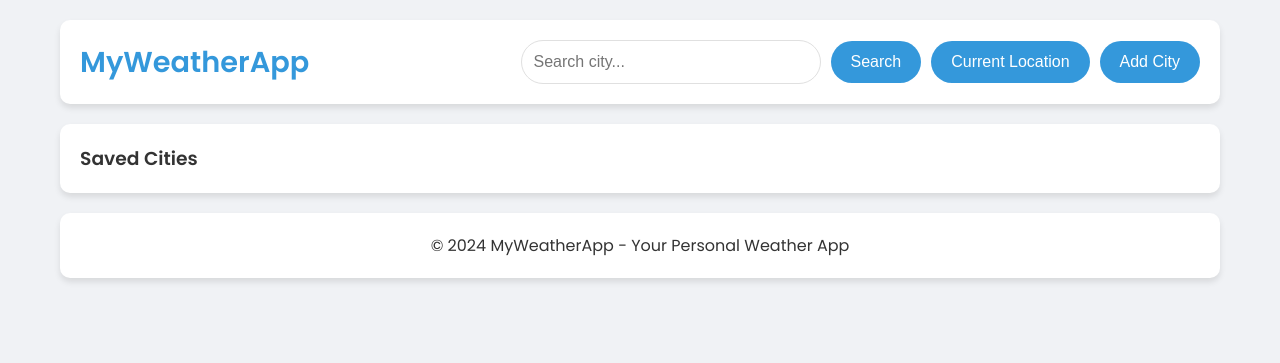
Repository: Rayyy-dev/My-weather-App
Page: /
The author's editor kept a copy of each file at every save. The page is drawn from the files as they stood at one save, then again after the next save.
The browser window is 1280 px wide. The pictures show the whole page.
The page's requests for data from a server got no answer. The project was rebuilt for these pictures with package versions that can differ from the ones it lists, and the page was loaded fresh each time. No one was signed in, and anything a server would have sent is missing.

Above is the page before, as saved 2024-10-16 02:53:57.

### public/index.html
<!DOCTYPE html>
<html lang="en">
  <head>
    <meta charset="utf-8" />
    <link rel="icon" href="%PUBLIC_URL%/favicon.ico" />
    <meta name="viewport" content="width=device-width, initial-scale=1" />
    <meta name="theme-color" content="#000000" />
    <meta
      name="description"
      content="Web site created using create-react-app"
    />
    <link href="https://fonts.googleapis.com/css2?family=Poppins:wght@300;400;500;600&display=swap" rel="stylesheet">

    <link rel="apple-touch-icon" href="%PUBLIC_URL%/logo192.png" />
    <!--
      manifest.json provides metadata used when your web app is installed on a
      user's mobile device or desktop. See https://developers.google.com/web/fundamentals/web-app-manifest/
    -->
    <link rel="manifest" href="%PUBLIC_URL%/manifest.json" />
    <!--
      Notice the use of %PUBLIC_URL% in the tags above.
      It will be replaced with the URL of the `public` folder during the build.
      Only files inside the `public` folder can be referenced from the HTML.

      Unlike "/favicon.ico" or "favicon.ico", "%PUBLIC_URL%/favicon.ico" will
      work correctly both with client-side routing and a non-root public URL.
      Learn how to configure a non-root public URL by running `npm run build`.
    -->
    <title>React App</title>
  </head>
  <body>
    <noscript>You need to enable JavaScript to run this app.</noscript>
    <div id="root"></div>
    <!--
      This HTML file is a template.
      If you open it directly in the browser, you will see an empty page.

      You can add webfonts, meta tags, or analytics to this file.
      The build step will place the bundled scripts into the <body> tag.

      To begin the development, run `npm start` or `yarn start`.
      To create a production bundle, use `npm run build` or `yarn build`.
    -->
  </body>
</html>

### src/App.js
import React, { useState, useEffect } from 'react';
import './App.css';

function App() {
  const [city, setCity] = useState(''); // City input from user
  const [suggestions, setSuggestions] = useState([]); // Store city suggestions
  const [weather, setWeather] = useState(null); // Current weather data
  const [forecast, setForecast] = useState([]); // 10-day forecast
  const [hourlyForecast, setHourlyForecast] = useState([]); // Hourly forecast
  const [loading, setLoading] = useState(false); // Loading state
  const [error, setError] = useState(''); // Error handling
  const [cities, setCities] = useState([]); // User-added cities

  const apiKey = "74072ad194774534b56234435241510"; // WeatherAPI key
  const defaultCity = 'New York'; // Default city if no geolocation

  useEffect(() => {
    const savedCities = JSON.parse(localStorage.getItem('savedCities')) || [];
    setCities(savedCities);

    const lastViewedCity = localStorage.getItem('lastViewedCity');
    if (lastViewedCity) {
      fetchWeather(lastViewedCity); // Show weather for last viewed city
    } else if (!savedCities.length) {
      detectLocation(); // Try detecting location or show default city
    } else {
      fetchWeather(savedCities[0]); // Show weather for the first saved city
    }
  }, []);

  // Fetch weather data for city
  const fetchWeather = async (location) => {
    setLoading(true);
    try {
      const weatherResponse = await fetch(
        `https://api.weatherapi.com/v1/current.json?key=${apiKey}&q=${location}&aqi=no`
      );
      const forecastResponse = await fetch(
        `https://api.weatherapi.com/v1/forecast.json?key=${apiKey}&q=${location}&days=10&hour=24`
      );

      const weatherData = await weatherResponse.json();
      const forecastData = await forecastResponse.json();

      setWeather(weatherData);
      setForecast(forecastData.forecast.forecastday);
      setHourlyForecast(forecastData.forecast.forecastday[0].hour);
      localStorage.setItem('lastViewedCity', location); // Save the last viewed city
    } catch (err) {
      setError("Failed to fetch weather data");
    } finally {
      setLoading(false);
    }
  };

  // Fetch city suggestions
  const fetchSuggestions = async (query) => {
    if (query.length < 2) {
      setSuggestions([]);
      return;
    }
    try {
      const response = await fetch(
        `https://api.weatherapi.com/v1/search.json?key=${apiKey}&q=${query}`
      );
      const data = await response.json();
      setSuggestions(data);
    } catch (err) {
      setError('Failed to fetch city suggestions');
    }
  };

  // Handle city input change
  const handleInputChange = (e) => {
    const value = e.target.value;
    setCity(value);
    fetchSuggestions(value); // Fetch suggestions as user types
  };

  // Handle search for selected city
  const handleSearch = (selectedCity) => {
    setCity(selectedCity);
    fetchWeather(selectedCity);
    setSuggestions([]); // Clear suggestions after selection
  };

  // Add city to saved cities list
  const addCity = (cityName) => {
    if (!cities.includes(cityName)) {
      const updatedCities = [...cities, cityName];
      setCities(updatedCities);
      localStorage.setItem('savedCities', JSON.stringify(updatedCities));
      fetchWeather(cityName);
    }
  };

  // Remove city from saved cities list
  const removeCity = (cityName) => {
    const updatedCities = cities.filter((c) => c !== cityName);
    setCities(updatedCities);
    localStorage.setItem('savedCities', JSON.stringify(updatedCities));

    if (updatedCities.length > 0) {
      fetchWeather(updatedCities[0]); // Show weather for the first city in the list
    } else {
      detectLocation(); // Fallback to location if no cities are left
    }
  };

  // Switch between saved cities
  const handleCitySwitch = (cityName) => {
    fetchWeather(cityName);
  };

  // Detect user's location using Geolocation API
  const detectLocation = () => {
    if (navigator.geolocation) {
      navigator.geolocation.getCurrentPosition(
        (position) => {
          const lat = position.coords.latitude;
          const lon = position.coords.longitude;
          fetchWeather(`${lat},${lon}`);
        },
        () => {
          fetchWeather(defaultCity); // Use default city if location fails
        }
      );
    } else {
      fetchWeather(defaultCity); // Fallback to default city
    }
  };

  return (
    <div className="app-container">
      {/* Header */}
      <header className="header">
        <div className="logo">MyWeatherApp</div>
        <div className="search-location">
          <input
            type="text"
            placeholder="Search city..."
            value={city}
            onChange={handleInputChange}
            className="search-bar"
          />
          <button onClick={() => handleSearch(city)}>Search</button>
          <button onClick={detectLocation} className="current-location-btn">
            Current Location
          </button>
          <button onClick={() => addCity(city)} className="add-city-btn">
            Add City
          </button>
        </div>
        {/* City suggestions dropdown */}
        {suggestions.length > 0 && (
          <div className="suggestions">
            {suggestions.map((suggestion, index) => (
              <div
                key={index}
                className="suggestion-item"
                onClick={() => handleSearch(suggestion.name)}
              >
                {suggestion.name}, {suggestion.country}
              </div>
            ))}
          </div>
        )}
      </header>

      {/* Display added cities */}
      <div className="saved-cities">
        <h3>Saved Cities</h3>
        {cities.map((cityName, index) => (
          <div key={index} className="saved-city-item">
            <button onClick={() => handleCitySwitch(cityName)}>
              {cityName}
            </button>
            <button onClick={() => removeCity(cityName)} className="remove-city-btn">
              Remove
            </button>
          </div>
        ))}
      </div>

      {/* Main Content */}
      <main>
        {/* Display Error or Loading */}
        {loading && <p>Loading...</p>}
        {error && <p className="error">{error}</p>}

        {/* Current Weather Section */}
        {weather && (
          <section id="current" className="current-weather">
            <h2>
              Current Weather in {weather.location.name}, {weather.location.country}
            </h2>
            <div className="weather-details">
              <div>
                <img src={weather.current.condition.icon} alt="Weather icon" />
                <p>{weather.current.temp_c}°C</p>
                <p>{weather.current.condition.text}</p>
              </div>
              <div className="weather-info">
                <p>Wind: {weather.current.wind_kph} km/h</p>
                <p>Humidity: {weather.current.humidity}%</p>
                <p>Feels Like: {weather.current.feelslike_c}°C</p>
              </div>
            </div>
          </section>
        )}

        {/* Hourly Weather Section */}
        {hourlyForecast.length > 0 && (
          <section id="hourly" className="hourly-weather">
            <h2>Hourly Forecast</h2>
            <div className="hourly-scroll">
              {hourlyForecast.map((hour, index) => (
                <div key={index} className="hour-item">
                  <p>{new Date(hour.time).getHours()}:00</p>
                  <img src={hour.condition.icon} alt="Weather icon" />
                  <p>{hour.temp_c}°C</p>
                </div>
              ))}
            </div>
          </section>
        )}

        {/* 10-Day Forecast Section */}
        {forecast.length > 0 && (
          <section id="forecast" className="daily-forecast">
            <h2>10-Day Forecast</h2>
            <div className="forecast-list">
              {forecast.map((day, index) => (
                <div key={index} className="forecast-item">
                  <div>{day.date}</div>
                  <img src={day.day.condition.icon} alt="Weather icon" />
                  <div>
                    <p>Max: {day.day.maxtemp_c}°C</p>
                    <p>Min: {day.day.mintemp_c}°C</p>
                    <p>{day.day.condition.text}</p>
                  </div>
                </div>
              ))}
            </div>
          </section>
        )}
      </main>

      {/* Footer */}
      <footer className="footer">
        <p>© 2024 MyWeatherApp - Your Personal Weather App</p>
      </footer>
    </div>
  );
}

export default App;

### src/App.css
/* General Reset */
* {
  margin: 0;
  padding: 0;
  box-sizing: border-box;
}

body {
  font-family: 'Poppins', sans-serif;
  background-color: #f0f2f5;
  color: #333;
}

.app-container {
  width: 100%;
  max-width: 1200px;
  margin: 0 auto;
  padding: 20px;
}

/* Header */
.header {
  display: flex;
  justify-content: space-between;
  align-items: center;
  background-color: #ffffff;
  color: #333;
  padding: 20px;
  border-radius: 10px;
  box-shadow: 0 4px 6px rgba(0, 0, 0, 0.1);
  margin-bottom: 20px;
}

.logo {
  font-size: 1.8rem;
  font-weight: 600;
  color: #3498db;
}

.search-location {
  display: flex;
  align-items: center;
  gap: 10px;
}

.search-bar {
  padding: 12px;
  border-radius: 25px;
  border: 1px solid #e0e0e0;
  width: 300px;
  font-size: 1rem;
  transition: all 0.3s ease;
}

.search-bar:focus {
  outline: none;
  border-color: #3498db;
  box-shadow: 0 0 0 2px rgba(52, 152, 219, 0.2);
}

button {
  background-color: #3498db;
  color: white;
  border: none;
  padding: 12px 20px;
  border-radius: 25px;
  cursor: pointer;
  font-size: 1rem;
  transition: all 0.3s ease;
}

button:hover {
  background-color: #2980b9;
}

/* Suggestions dropdown */
.suggestions {
  position: absolute;
  background-color: white;
  border: 1px solid #e0e0e0;
  border-radius: 5px;
  width: 300px;
  z-index: 1000;
  top: 60px;
  left: 20%;
  box-shadow: 0 4px 6px rgba(0, 0, 0, 0.1);
}

.suggestion-item {
  padding: 12px;
  cursor: pointer;
  transition: background-color 0.3s ease;
}

.suggestion-item:hover {
  background-color: #f0f2f5;
}

/* Saved Cities */
.saved-cities {
  margin: 20px 0;
  background-color: #ffffff;
  padding: 20px;
  border-radius: 10px;
  box-shadow: 0 4px 6px rgba(0, 0, 0, 0.1);
}

.saved-city-item {
  display: flex;
  align-items: center;
  gap: 10px;
  margin-bottom: 10px;
}

.remove-city-btn {
  background-color: #e74c3c;
  color: white;
  border: none;
  padding: 8px 12px;
  border-radius: 20px;
  cursor: pointer;
  font-size: 0.9rem;
}

.remove-city-btn:hover {
  background-color: #c0392b;
}

/* Main Sections */
main {
  margin-top: 20px;
}

.current-weather,
.hourly-weather,
.daily-forecast {
  background-color: #ffffff;
  padding: 30px;
  border-radius: 10px;
  margin-bottom: 20px;
  box-shadow: 0 4px 6px rgba(0, 0, 0, 0.1);
}

.weather-details {
  display: flex;
  justify-content: space-between;
  align-items: center;
}

.hourly-scroll {
  display: flex;
  overflow-x: auto;
  gap: 20px;
  padding: 10px 0;
}

.hour-item {
  padding: 15px;
  background-color: #f0f2f5;
  border-radius: 10px;
  text-align: center;
  min-width: 100px;
}

.forecast-list {
  display: flex;
  flex-direction: column;
  gap: 15px;
}

.forecast-item {
  display: flex;
  justify-content: space-between;
  align-items: center;
  background-color: #f0f2f5;
  padding: 15px;
  border-radius: 10px;
}

.error {
  color: #e74c3c;
  font-weight: 500;
}

/* Footer */
.footer {
  text-align: center;
  margin-top: 20px;
  padding: 20px;
  background-color: #ffffff;
  color: #333;
  border-radius: 10px;
  box-shadow: 0 4px 6px rgba(0, 0, 0, 0.1);
}

Loaded but not shown: src/index.js (common file); src/index.css (common file); src/reportWebVitals.js (common file)

After the next save:
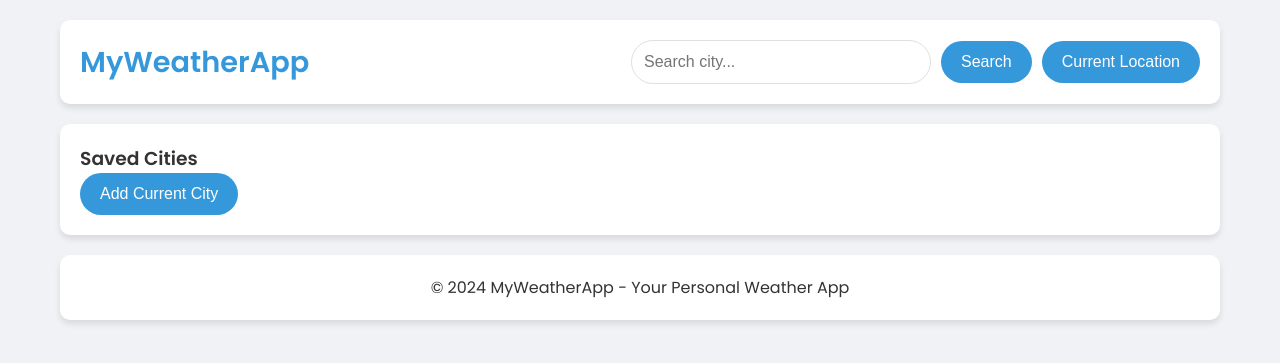
Saved 64 s later.
--- a/src/App.js
+++ b/src/App.js
@@ -145,10 +145,7 @@ function App() {
           />
           <button onClick={() => handleSearch(city)}>Search</button>
           <button onClick={detectLocation} className="current-location-btn">
-            Current Location
-          </button>
-          <button onClick={() => addCity(city)} className="add-city-btn">
-            Add City
+            <i className="fas fa-map-marker-alt"></i> Current Location
           </button>
         </div>
         {/* City suggestions dropdown */}
@@ -167,43 +164,26 @@ function App() {
         )}
       </header>
 
-      {/* Display added cities */}
-      <div className="saved-cities">
-        <h3>Saved Cities</h3>
-        {cities.map((cityName, index) => (
-          <div key={index} className="saved-city-item">
-            <button onClick={() => handleCitySwitch(cityName)}>
-              {cityName}
-            </button>
-            <button onClick={() => removeCity(cityName)} className="remove-city-btn">
-              Remove
-            </button>
-          </div>
-        ))}
-      </div>
-
       {/* Main Content */}
       <main>
         {/* Display Error or Loading */}
-        {loading && <p>Loading...</p>}
+        {loading && <p className="loading">Loading...</p>}
         {error && <p className="error">{error}</p>}
 
         {/* Current Weather Section */}
         {weather && (
           <section id="current" className="current-weather">
-            <h2>
-              Current Weather in {weather.location.name}, {weather.location.country}
-            </h2>
+            <h2>Current Weather in {weather.location.name}, {weather.location.country}</h2>
             <div className="weather-details">
-              <div>
+              <div className="weather-main">
                 <img src={weather.current.condition.icon} alt="Weather icon" />
-                <p>{weather.current.temp_c}°C</p>
-                <p>{weather.current.condition.text}</p>
+                <p className="temperature">{weather.current.temp_c}°C</p>
+                <p className="condition">{weather.current.condition.text}</p>
               </div>
               <div className="weather-info">
-                <p>Wind: {weather.current.wind_kph} km/h</p>
-                <p>Humidity: {weather.current.humidity}%</p>
-                <p>Feels Like: {weather.current.feelslike_c}°C</p>
+                <p><i className="fas fa-wind"></i> Wind: {weather.current.wind_kph} km/h</p>
+                <p><i className="fas fa-tint"></i> Humidity: {weather.current.humidity}%</p>
+                <p><i className="fas fa-thermometer-half"></i> Feels Like: {weather.current.feelslike_c}°C</p>
               </div>
             </div>
           </section>
@@ -218,7 +198,7 @@ function App() {
                 <div key={index} className="hour-item">
                   <p>{new Date(hour.time).getHours()}:00</p>
                   <img src={hour.condition.icon} alt="Weather icon" />
-                  <p>{hour.temp_c}°C</p>
+                  <p className="temperature">{hour.temp_c}°C</p>
                 </div>
               ))}
             </div>
@@ -232,19 +212,39 @@ function App() {
             <div className="forecast-list">
               {forecast.map((day, index) => (
                 <div key={index} className="forecast-item">
-                  <div>{day.date}</div>
+                  <div className="forecast-date">{day.date}</div>
                   <img src={day.day.condition.icon} alt="Weather icon" />
-                  <div>
+                  <div className="forecast-temps">
                     <p>Max: {day.day.maxtemp_c}°C</p>
                     <p>Min: {day.day.mintemp_c}°C</p>
-                    <p>{day.day.condition.text}</p>
                   </div>
+                  <p className="forecast-condition">{day.day.condition.text}</p>
                 </div>
               ))}
             </div>
           </section>
         )}
       </main>
+
+      {/* Saved Cities */}
+      <div className="saved-cities">
+        <h3>Saved Cities</h3>
+        <div className="saved-cities-list">
+          {cities.map((cityName, index) => (
+            <div key={index} className="saved-city-item">
+              <button onClick={() => handleCitySwitch(cityName)}>
+                {cityName}
+              </button>
+              <button onClick={() => removeCity(cityName)} className="remove-city-btn">
+                <i className="fas fa-times"></i>
+              </button>
+            </div>
+          ))}
+        </div>
+        <button onClick={() => addCity(city)} className="add-city-btn">
+          <i className="fas fa-plus"></i> Add Current City
+        </button>
+      </div>
 
       {/* Footer */}
       <footer className="footer">
